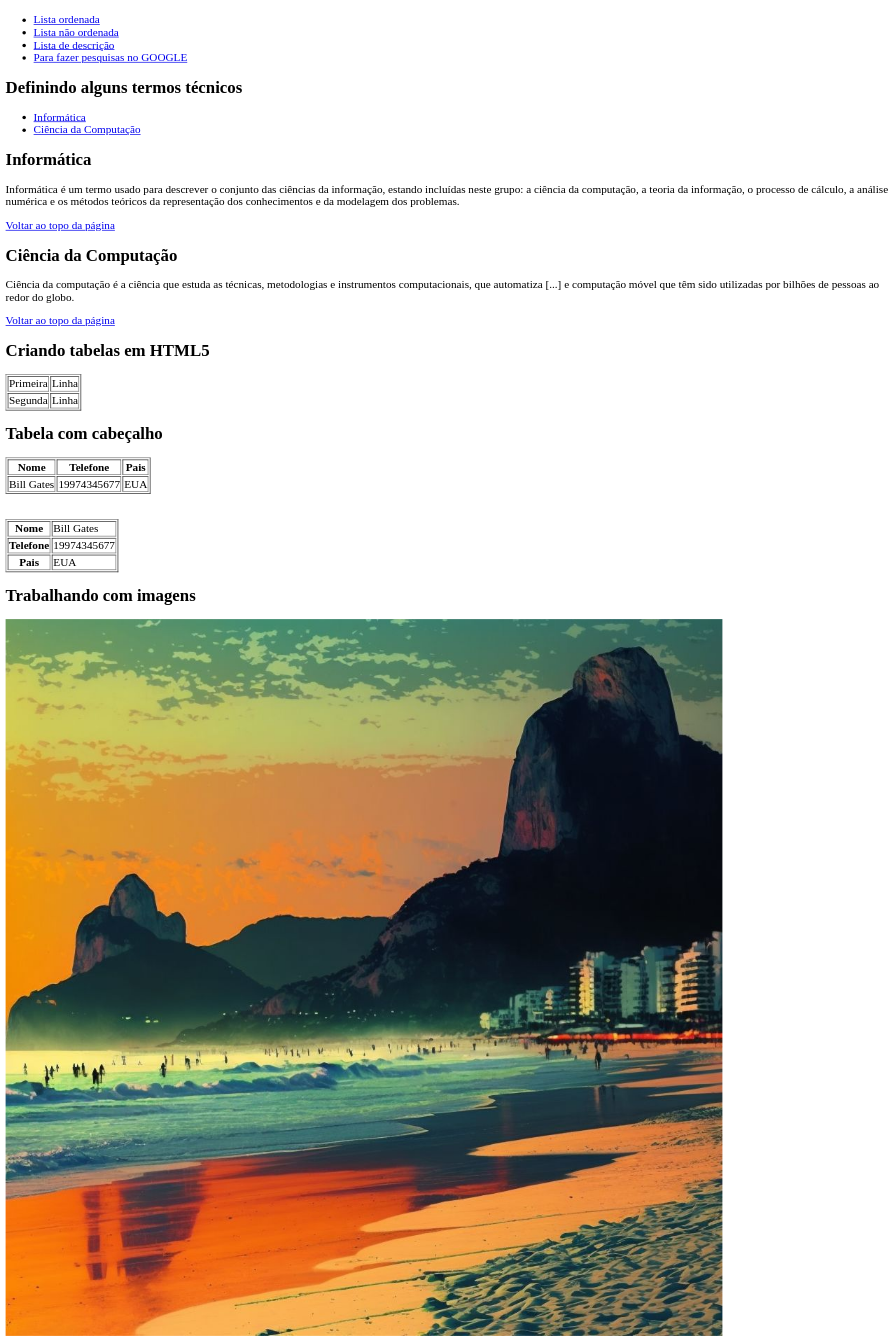
Repository: Thichi99/BootcampGen75
Page: Familia75/index.html
An editor plug-in stored every save of this project. The page is shown before and after the next save, followed by the edit.
The browser window is 1280 px wide. The pictures show the part of the page from y = 729 to 2649 px (the page is 2649 px tall before and 1639 px after), at 70% of full size.

Above is the page before, as saved 2024-07-26 11:53:33.

After the next save:
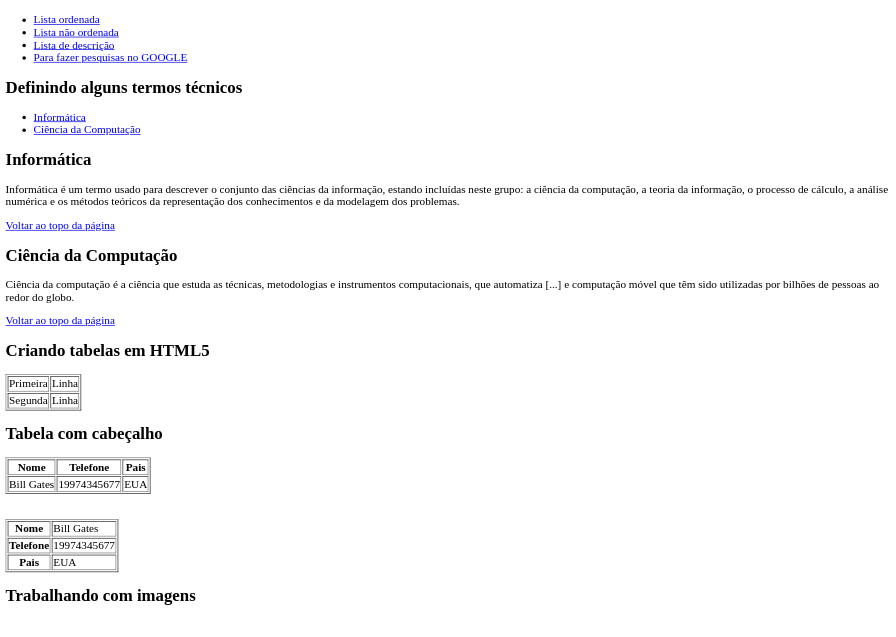
Saved 17 s later.
--- a/Familia75/index.html
+++ b/Familia75/index.html
@@ -121,7 +121,7 @@
 
    <h2>Trabalhando com imagens</h2>
    <div id="imagem1">
-    <img src="./imagens/copacabana.png">
+    <img href="./imagens/copacabana.png">
 
    </div>
 </body>

After the save that followed:
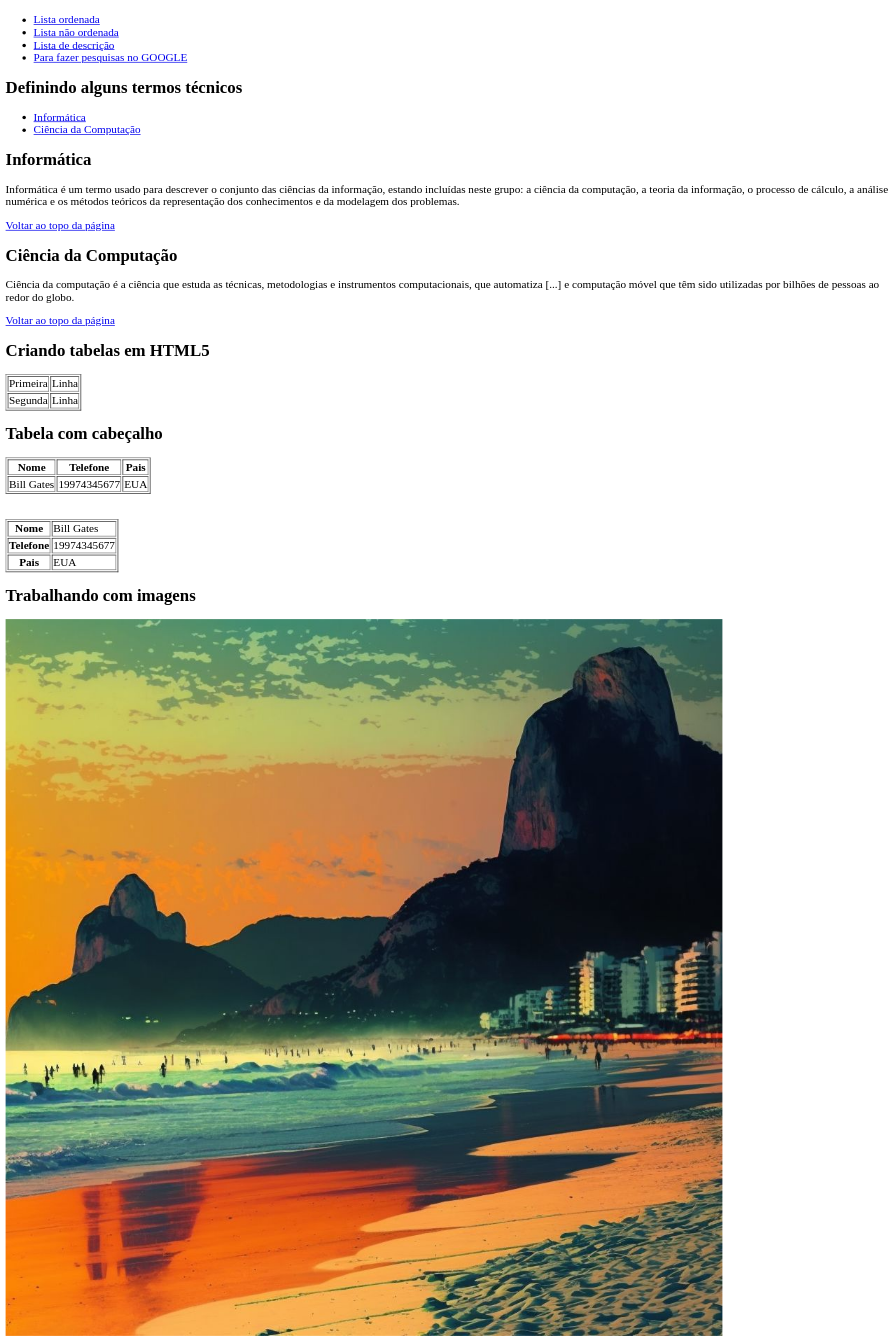
Saved 8 s later.
--- a/Familia75/index.html
+++ b/Familia75/index.html
@@ -121,7 +121,7 @@
 
    <h2>Trabalhando com imagens</h2>
    <div id="imagem1">
-    <img href="./imagens/copacabana.png">
+    <img src="./imagens/copacabana.png">
 
    </div>
 </body>
